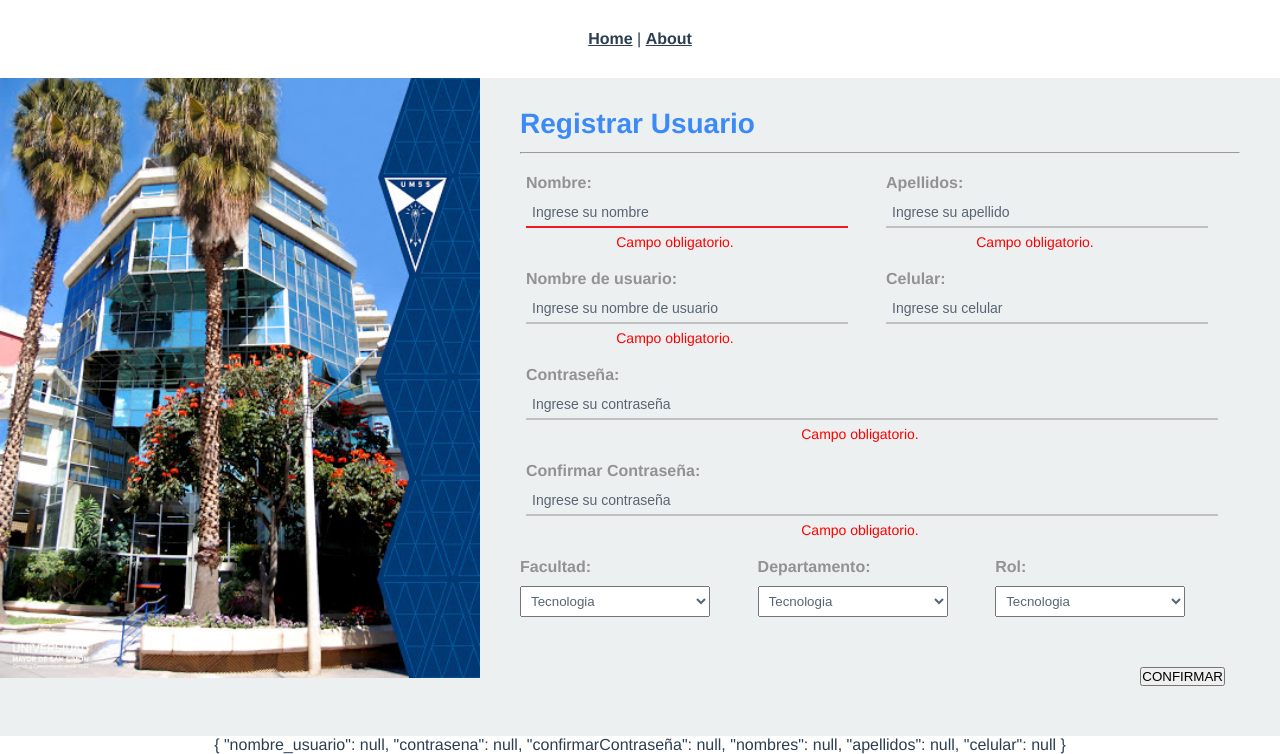
Repository: BritanyTorrico/front-cotizaciones
Page: /register
An editor plug-in stored every save of this project. The page is shown before and after the next save, followed by the edit.
The browser window is 1280 px wide. The pictures show the whole page.
The project was rebuilt for these pictures with package versions that can differ from the ones it lists, and the page was loaded fresh each time. Also part of the build but not shown: vue.config.js, src/components/HelloWorld.vue, src/views/Home.vue.

Above is the page before, as saved 2021-04-22 00:58:55.

After the next save:
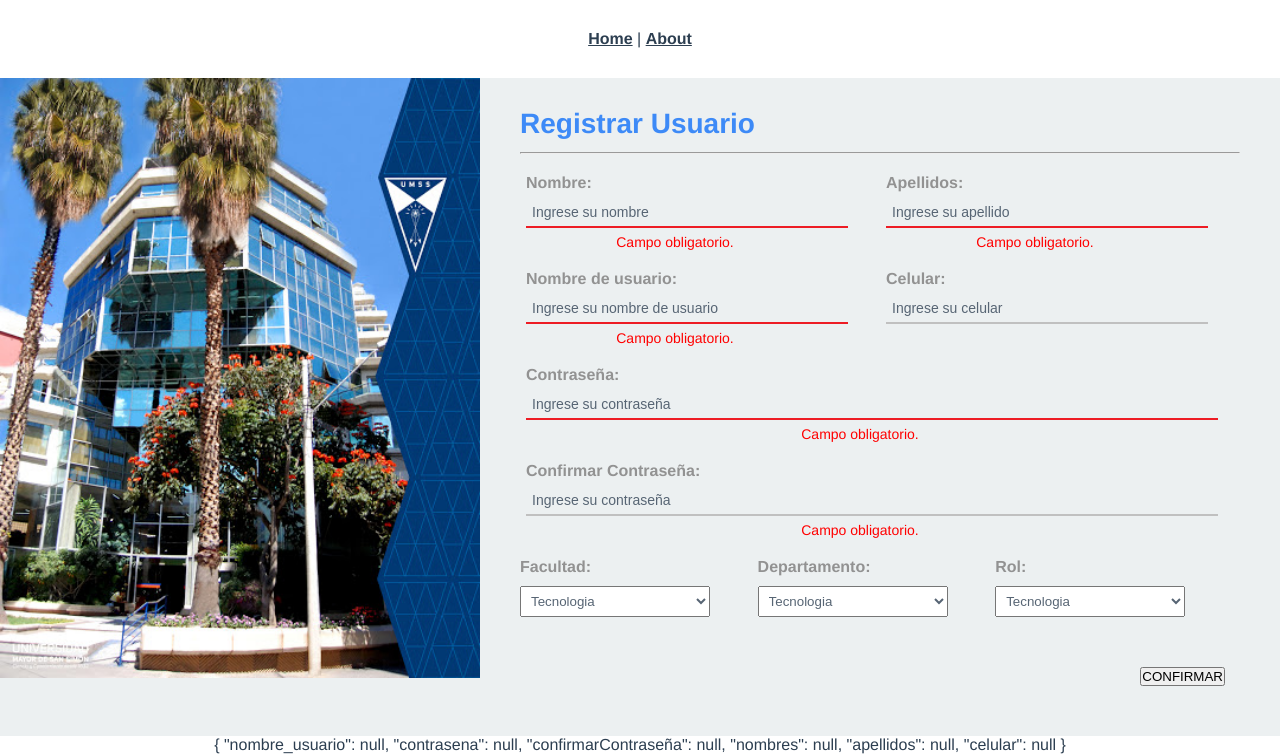
Saved 114 s later.
--- a/src/components/User/RegisterUser.vue
+++ b/src/components/User/RegisterUser.vue
@@ -34,7 +34,11 @@
               <label
                 ><div class="formulario_label">Apellidos:</div>
                 <input
-                  class="form__input"
+                  :class="
+                    $v.users.apellidos.$invalid
+                      ? 'form_check-input-error'
+                      : 'form__input'
+                  "
                   type="text"
                   placeholder="Ingrese su apellido"
                   required
@@ -51,7 +55,11 @@
               <label
                 ><div class="formulario_label">Nombre de usuario:</div>
                 <input
-                  class="form__input"
+                  :class="
+                    $v.users.nombre_usuario.$invalid
+                      ? 'form_check-input-error'
+                      : 'form__input'
+                  "
                   type="text"
                   placeholder="Ingrese su nombre de usuario"
                   v-model="users.nombre_usuario"
@@ -81,7 +89,11 @@
             <div class="formulario_label">Contraseña:</div>
             <input
               type="password"
-              class="form__input"
+              :class="
+                $v.users.contrasena.$invalid
+                  ? 'form_check-input-error'
+                  : 'form__input'
+              "
               placeholder="Ingrese su contraseña"
               v-model="users.contrasena"
             />
